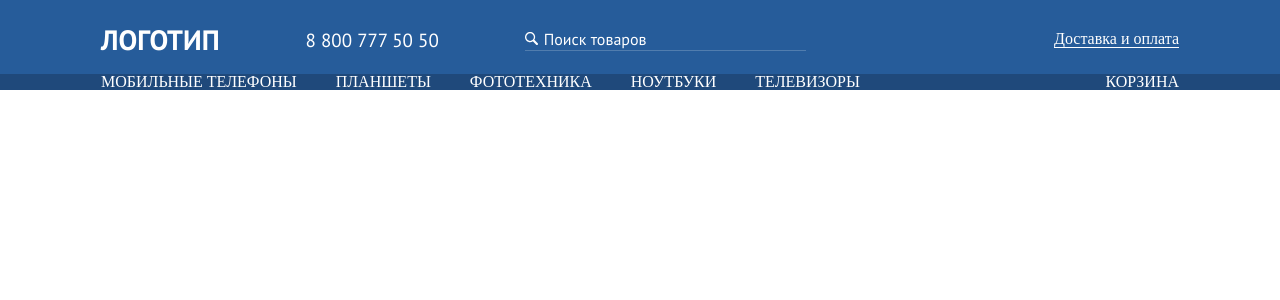
Repository: sem1103/WEBCompany
Page: index.html
An editor plug-in stored every save of this project. The page is shown before and after the next save, followed by the edit.
The browser window is 1280 px wide. The pictures show the whole page.

Above is the page before, as saved 2024-01-11 19:01:49.

### index.html
<!DOCTYPE html>
<html lang="en">

<head>
    <meta charset="UTF-8">
    <meta name="viewport" content="width=device-width, initial-scale=1.0">
    <title>Интернет магазин</title>

    <link rel="preconnect" href="https://fonts.googleapis.com">
    <link rel="preconnect" href="https://fonts.gstatic.com" crossorigin>
    <link href="https://fonts.googleapis.com/css2?family=PT+Sans:wght@400;700&display=swap" rel="stylesheet">

    <link rel="stylesheet" href="styles/reset.css">
    <link rel="stylesheet" href="styles/main.css">
</head>

<body>
    <div id="page">
        <header>
            <div class="container">
                <div class="header__logo">
                    <span>ЛОГОТИП</span>
                </div>
                <p class="phone__number"><a href="tel:+78007775050">8 800 777 50 50</a></p>
                <div class="search__items">
                    <button>
                        <svg xmlns="http://www.w3.org/2000/svg" width="13" height="13" viewBox="0 0 13 13" fill="none">
                            <path
                                d="M8.68135 1.48741C6.69814 -0.495804 3.4703 -0.495804 1.48709 1.48741C-0.495696 3.47106 -0.495696 6.69846 1.48709 8.6821C3.2532 10.4478 6.00382 10.6369 7.98574 9.25819C8.02744 9.45553 8.12289 9.64383 8.27637 9.79731L11.1646 12.6855C11.5855 13.1055 12.2656 13.1055 12.6843 12.6855C13.1048 12.265 13.1048 11.5849 12.6843 11.1657L9.79613 8.27669C9.64351 8.1245 9.45477 8.02863 9.25744 7.98692C10.6371 6.00457 10.4479 3.25438 8.68135 1.48741ZM7.76949 7.77024C6.28885 9.25089 3.87916 9.25089 2.39895 7.77024C0.919166 6.2896 0.919166 3.88034 2.39895 2.3997C3.87916 0.919489 6.28885 0.919489 7.76949 2.3997C9.25013 3.88034 9.25013 6.2896 7.76949 7.77024Z"
                                fill="white" />
                        </svg>
                    </button>
                        <input type="text" name="itemName" placeholder="Поиск товаров">

                </div>
                <p class="delivery"><a href="">Доставка и оплата</a></p>
                <a href="" class="mobile__cart">
                    <svg xmlns="http://www.w3.org/2000/svg" width="21" height="20" viewBox="0 0 21 20" fill="none">
                        <path d="M20.1372 3.64139H3.71775L3.47368 0.816059C3.43376 0.354025 3.0611 0 2.61469 0H0.862433C0.386124 0 0 0.401223 0 0.896159C0 1.39109 0.386124 1.79232 0.862433 1.79232H1.82622C2.35292 7.8897 0.991675 -7.86977 2.81815 13.2755C2.88854 14.1031 3.31889 15.0012 4.06025 15.6114C2.72361 17.3851 3.94489 20 6.11917 20C7.92379 20 9.19662 18.1298 8.57776 16.3584H13.298C12.6799 18.1275 13.95 20 15.7566 20C17.1983 20 18.3713 18.7812 18.3713 17.2831C18.3713 15.7849 17.1983 14.5661 15.7566 14.5661H6.125C5.46988 14.5661 4.89899 14.1554 4.65258 13.557L18.4354 12.7153C18.8117 12.6924 19.13 12.4181 19.2215 12.0381L20.9739 4.75489C21.1097 4.19014 20.6983 3.64139 20.1372 3.64139ZM6.11917 18.2077C5.62857 18.2077 5.22939 17.7929 5.22939 17.2831C5.22939 16.7732 5.62857 16.3584 6.11917 16.3584C6.60981 16.3584 7.009 16.7732 7.009 17.2831C7.009 17.7929 6.60981 18.2077 6.11917 18.2077ZM15.7565 18.2077C15.2659 18.2077 14.8667 17.7929 14.8667 17.2831C14.8667 16.7732 15.2659 16.3584 15.7565 16.3584C16.2472 16.3584 16.6464 16.7732 16.6464 17.2831C16.6464 17.7929 16.2472 18.2077 15.7565 18.2077ZM17.7018 10.9648L4.42042 11.7758L3.87257 5.43367H19.0326L17.7018 10.9648Z" fill="white"/>
                      </svg>
                </a>
            </div>

            <nav>
                <ul class="container">
                    <li><a href="">МОБИЛЬНЫЕ ТЕЛЕФОНЫ</a></li>
                    <li><a href="">ПЛАНШЕТЫ</a></li>
                    <li><a href="">ФОТОТЕХНИКА</a></li>
                    <li><a href="">НОУТБУКИ</a></li>
                    <li><a href="">ТЕЛЕВИЗОРЫ</a></li>

                    <li class="desc__cart"><a href="">КОРЗИНА</a></li>
                </ul>
            </nav>
        </header>
    </div>
</body>

</html>

### styles/reset.css
:root{
    --blue: #265C9A;
    --darkBlue: #1F497B;
    --yellow: #FBFF3D;
    --fontPT: 'PT Sans'
 }
html{
    scroll-behavior: smooth;
}
html,
body,
div,
span,
applet,
object,
iframe,
h1,
h2,
h3,
h4,
h5,
h6,
p,
blockquote,
pre,
a,
abbr,
acronym,
address,
big,
cite,
code,
del,
dfn,
em,
img,
ins,
kbd,
q,
s,
samp,
small,
strike,
strong,
sub,
sup,
tt,
var,
b,
u,
i,
center,
dl,
dt,
dd,
ol,
ul,
li,
fieldset,
form,
label,
legend,
table,
caption,
tbody,
tfoot,
thead,
tr,
th,
td,
article,
aside,
canvas,
details,
embed,
figure,
figcaption,
footer,
header,
hgroup,
menu,
nav,
output,
ruby,
section,
summary,
time,
mark,
audio,
video {
    margin: 0;
    padding: 0;
    border: 0;
    font-size: 100%;
    font: inherit;
    vertical-align: baseline
}

article,
aside,
details,
figcaption,
figure,
footer,
header,
hgroup,
menu,
nav,
section {
    display: block
}

body {
    line-height: 1;
}

ol,
ul {
    list-style: none
}

blockquote,
q {
    quotes: none
}

blockquote:before,
blockquote:after,
q:before,
q:after {
    content: '';
    content: none
}

table {
    border-collapse: collapse;
    border-spacing: 0
}

a {
    text-decoration: none;
    color: inherit;
    transition: all .3s ease-in-out
}

a:hover {
    color: #365edc;
}

* {
    box-sizing: border-box
}

main img{
    width: 100%;
    height: auto;
}

### styles/main.css


.container{
    max-width: 1078px;
    margin: 0 auto;
}
header{
    background: var(--blue);
}
nav{
    background: var(--darkBlue);
}
header > div{
    display: flex;
    align-items: center;
    padding: 21px 0 16px 0;
}
header a:hover{
    color: var(--yellow);
}
.header__logo span{
    font:700 28px var(--fontPT);
    color: #fff;
}
.phone__number{
    margin: 0 86px;
    font: 19px var(--fontPT);
    color: #fff;
}
.search__items{
    border-bottom: 1px solid #517DAE;
    max-width: 281px;
    width: 100%;
}
.search__items button{
    background-color: transparent;
    border: 0;
    padding: 0;
    margin: 0;
    cursor: pointer;
}
.search__items input{
    font: 16px var(--fontPT);
    background-color: transparent;
    border: 0;
    outline: 0;
    color: #fff;
}
.search__items input::placeholder{
    color: #fff;
}
.delivery{
    margin: 0 0 0 auto;
    color: #fff;
    border-bottom: 1px solid #fff;
}


.mobile__cart{
    display: none;
}


nav ul{
    display: flex;
    color: #fff;
}
nav li{
    margin: 0 39px 0 0;
}
nav li:last-child{
    margin: 0 0 0 auto;
}

After the next save:
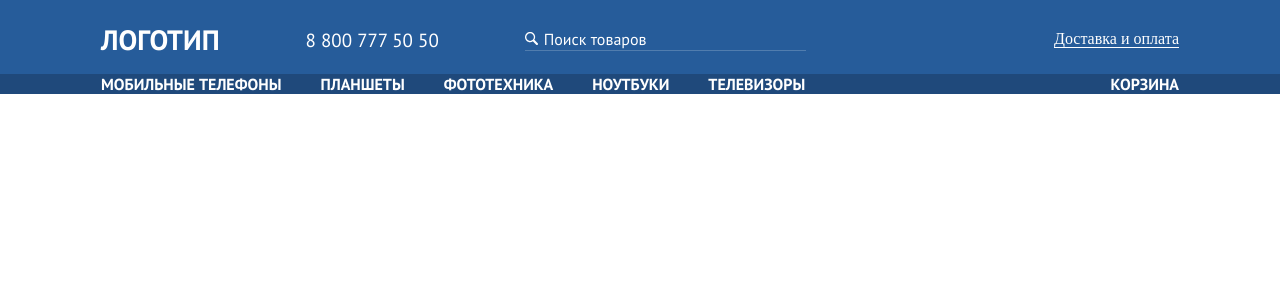
Saved 21 s later.
--- a/styles/main.css
+++ b/styles/main.css
@@ -67,6 +67,7 @@ nav ul{
 }
 nav li{
     margin: 0 39px 0 0;
+    font: 700 16px var(--fontPT);
 }
 nav li:last-child{
     margin: 0 0 0 auto;
